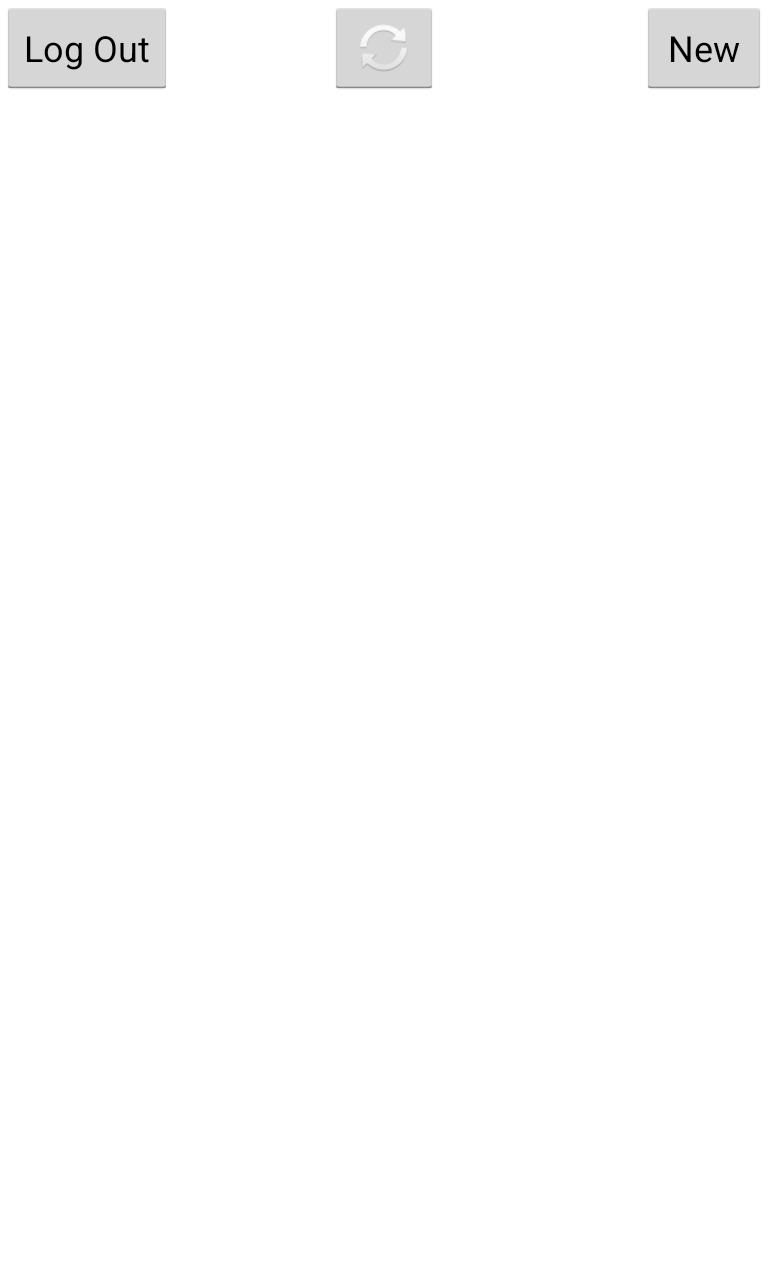
Repository: Dres90/TourngenWS
Layout: APP/Tourngen/res/layout/tournament_list.xml
These files come from the project's save history. The layout is drawn as it stood at one moment and after the next save; the edit follows.
It is drawn on a 768 x 1280 px phone screen (xhdpi) without system bars, with theme AppTheme; the app's code is not run. Lists and similar views that code fills are empty.

Above is the layout before, as saved 2014-04-11 21:35:36.

### APP/Tourngen/res/layout/tournament_list.xml
<?xml version="1.0" encoding="utf-8"?>
<GridLayout xmlns:android="http://schemas.android.com/apk/res/android"
    android:layout_width="match_parent"
    android:layout_height="match_parent"
    android:columnCount="1" >

    <ListView
        android:id="@android:id/list"
        android:layout_width="match_parent"
        android:layout_column="0"
        android:layout_gravity="left|top"
        android:layout_row="3"
        android:text="List" >
    </ListView>

    <Button
        android:id="@+id/logout"
        android:layout_column="0"
        android:layout_gravity="left|top"
        android:layout_row="1"
        android:onClick="logout"
        android:text="@string/log_out" />

    <Button
        android:id="@+id/newTournament"
        android:layout_column="0"
        android:layout_gravity="right|top"
        android:layout_row="1"
        android:text="New" />

    <ImageButton
        android:id="@+id/imageButton1"
        android:layout_column="0"
        android:layout_gravity="top|center_horizontal"
        android:layout_row="1"
        android:contentDescription="@string/sync"
        android:src="@android:drawable/ic_popup_sync" />

</GridLayout>

### APP/Tourngen/res/values/strings.xml
<?xml version="1.0" encoding="utf-8"?>
<resources>

    <string name="app_name">Tourngen</string>
    <string name="hello_world">Hello world!</string>
    <string name="action_settings">Settings</string>
    <string name="log_in">Log in</string>
    <string name="sign_up">Sign Up</string>
    <string name="username">Username</string>
    <string name="password">Password</string>
    <string name="log_out">Log Out</string>
    <string name="sync">Synchronize</string>
    <string name="first_name">First Name</string>
    <string name="last_name">Last Name</string>
    <string name="e_mail">E-mail</string>

</resources>

Loaded but not shown: APP/Tourngen/res/values/styles.xml (common file); APP/Tourngen/res/values-v11/styles.xml (common file); APP/Tourngen/res/values-v14/styles.xml (common file)

After the next save:
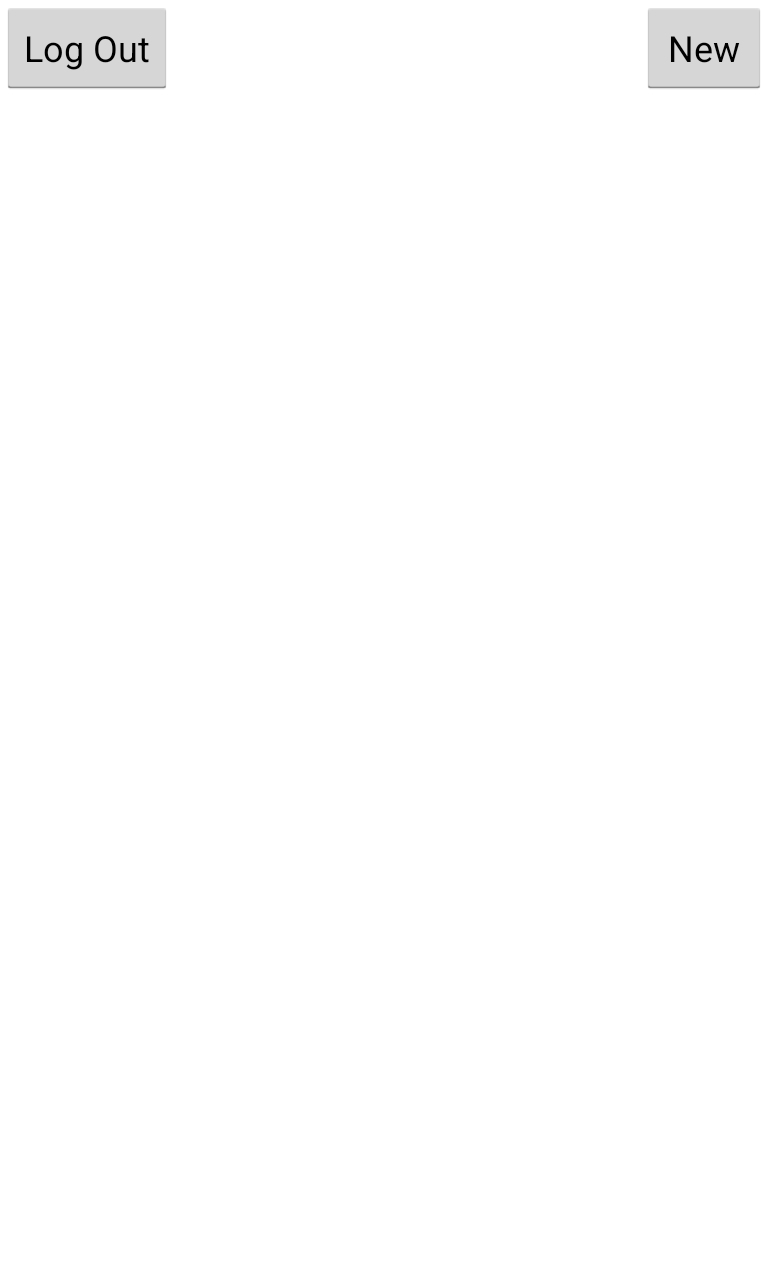
Saved 21 s later.
--- a/APP/Tourngen/res/layout/tournament_list.xml
+++ b/APP/Tourngen/res/layout/tournament_list.xml
@@ -28,12 +28,4 @@
         android:layout_row="1"
         android:text="New" />
 
-    <ImageButton
-        android:id="@+id/imageButton1"
-        android:layout_column="0"
-        android:layout_gravity="top|center_horizontal"
-        android:layout_row="1"
-        android:contentDescription="@string/sync"
-        android:src="@android:drawable/ic_popup_sync" />
-
 </GridLayout>
